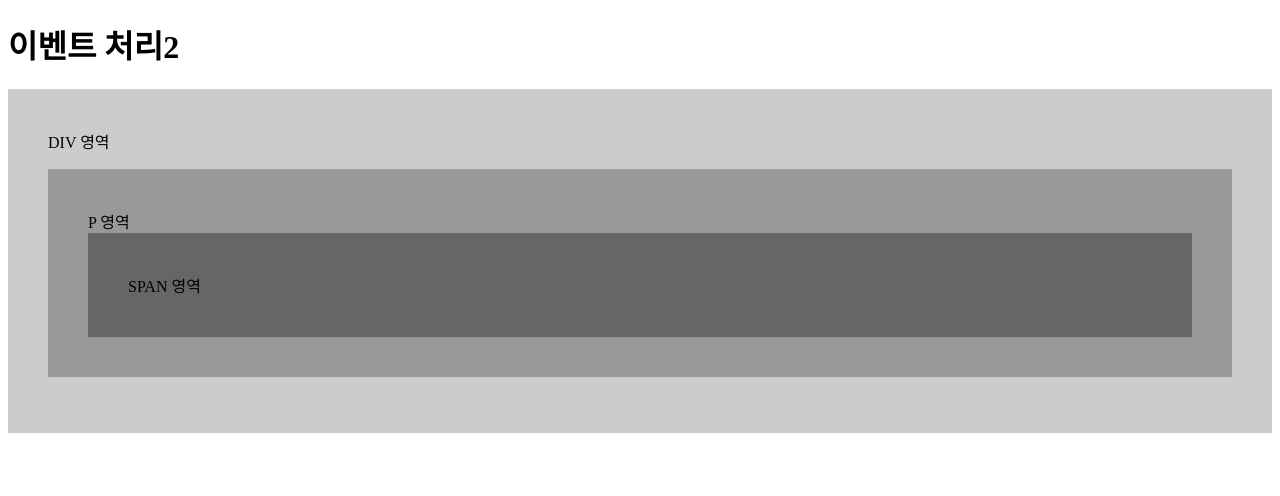
Repository: mira-yoon/vue_1
Page: /
The author's editor kept a copy of each file at every save. The page is drawn from the files as they stood at one save, then again after the next save.
The browser window is 1280 px wide. The pictures show the whole page.
The project was rebuilt for these pictures with package versions that can differ from the ones it lists, and the page was loaded fresh each time. Also part of the build but not shown: vite.config.js.

Above is the page before, as saved 2023-04-10 15:20:21.

### src/App.vue
<template>
	<div>
		<h1>이벤트 처리2</h1>

		<div id="modifier">
			<div @click="clickDiv">
				DIV 영역
				<p @click="clickP">
					P 영역
					<span @click.stop="clickSpan"> SPAN 영역 </span>
					<!-- .stop은 이벤트 전파를 막는 수식어 -->
				</p>
			</div>
		</div>
	</div>
</template>

<script>
export default {
	setup() {
		const clickDiv = () => {
			console.log('clickDiv');
			location.href = 'https://naver.com';
		};
		const clickP = () => {
			console.log('clickP');
		};
		const clickSpan = e => {
			console.log('clickSpan');
			//e.stopPropagation(); // 이벤트전파(버블링)을 막는다.
			alert('좋아요');
		};
		return { clickDiv, clickP, clickSpan };
	},
};
</script>

<style scoped>
#modifier div,
#modifier p,
#modifier span {
	padding: 40px;
}
#modifier div {
	background-color: #ccc;
}
#modifier p {
	background-color: #999;
}
#modifier span {
	background-color: #666;
	display: block;
}
</style>

Loaded but not shown: index.html (common file); src/main.js (common file)

After the next save:
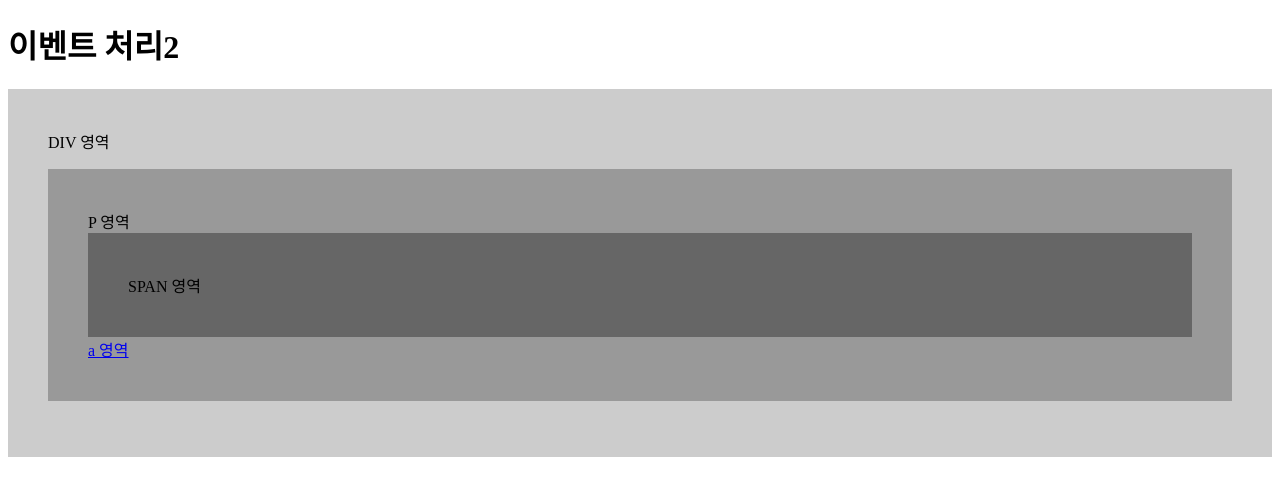
Saved 72 s later.
--- a/src/App.vue
+++ b/src/App.vue
@@ -9,6 +9,7 @@
 					P 영역
 					<span @click.stop="clickSpan"> SPAN 영역 </span>
 					<!-- .stop은 이벤트 전파를 막는 수식어 -->
+					<a href="https://naver.com"> a 영역 </a>
 				</p>
 			</div>
 		</div>
